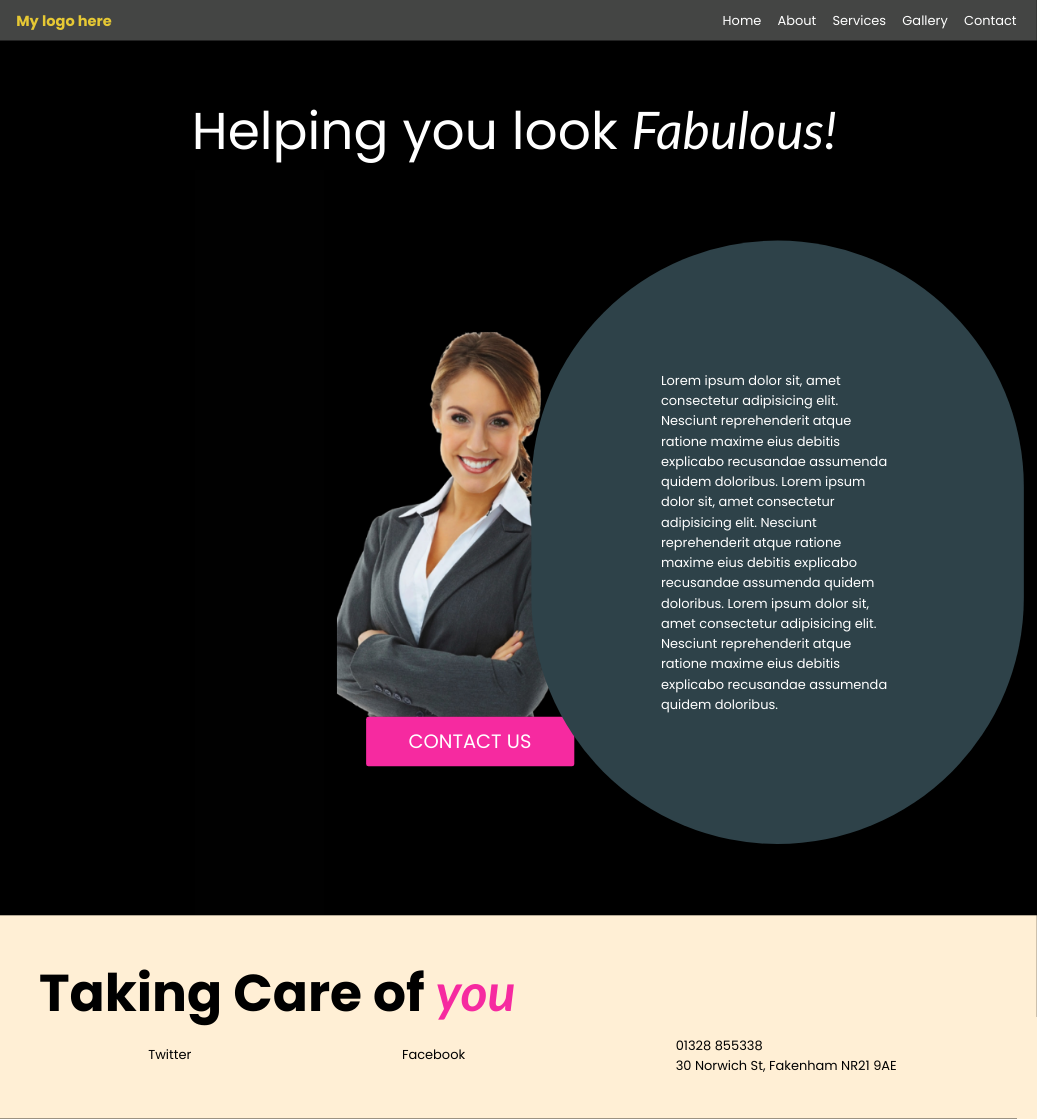
Repository: buzzedison/gardens
Page: index.html
The author's editor kept a copy of each file at every save. The page is drawn from the files as they stood at one save, then again after the next save.
The browser window is 1280 px wide. The pictures show the whole page, at 81% of full size.

Above is the page before, as saved 2022-01-13 08:51:28.

After the next save:
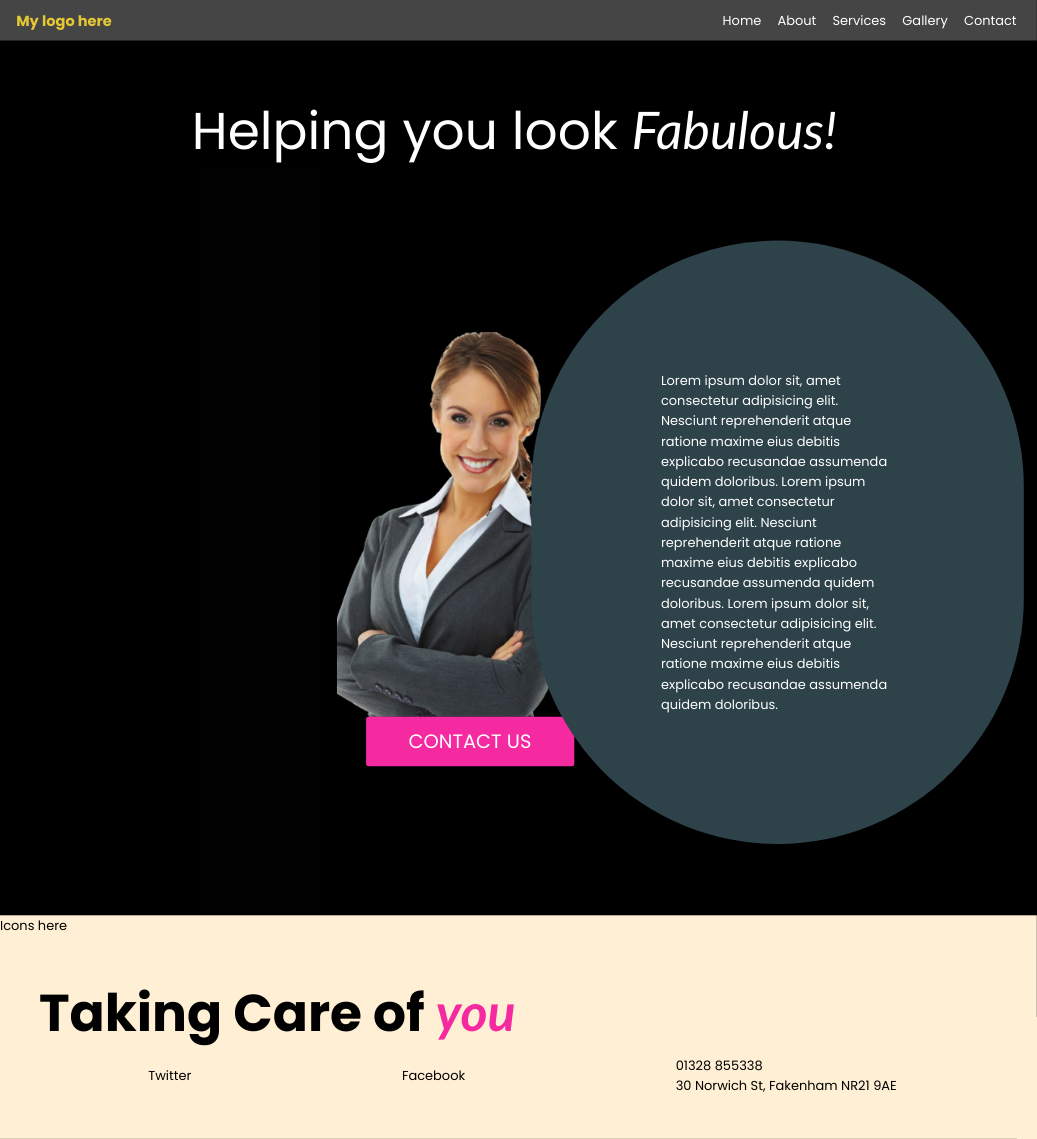
Saved 57 s later.
--- a/index.html
+++ b/index.html
@@ -70,7 +70,12 @@
         </main>
 
         <footer class="footer">
+
+            <div class="girdnew1">
+                Icons here
+            </div>
             <div class="gridnew">
+
                 <div>
                     <h3 class="take"> Taking Care of <span class="you">you</span> </h3>
                 </div>
